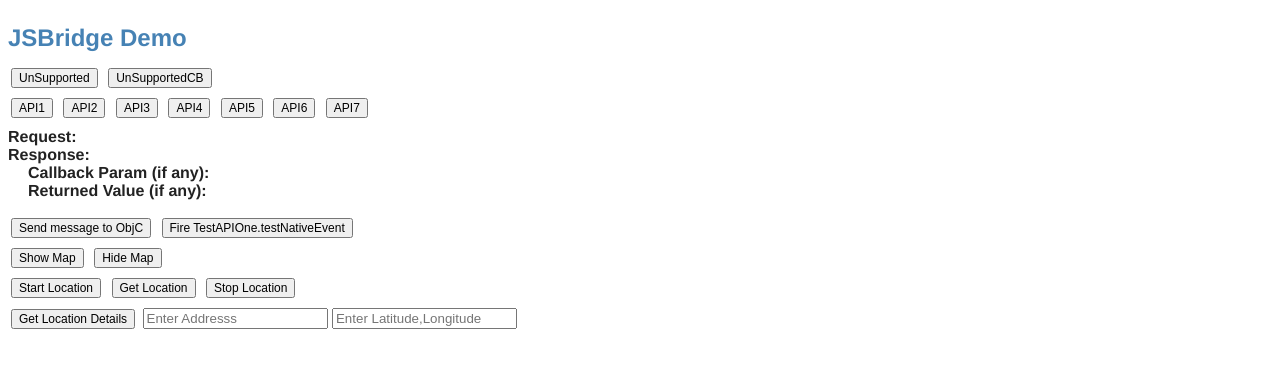
Repository: siva17/JSBridge
Page: Android/JSBridge/assets/index.html
The author's editor kept a copy of each file at every save. The page is drawn from the files as they stood at one save, then again after a run of saves.
The browser window is 1280 px wide. The pictures show the whole page.

Above is the page before, as saved 2015-01-20 00:58:16.

### Android/JSBridge/assets/index.html
<!doctype html>
<html>
<head>
	<style type='text/css'>
		html { font-family:Helvetica; color:#222; }
		h1 { color:steelblue; font-size:24px; margin-top:24px; }
		button { margin:0 3px 10px; font-size:12px; }
		.logLine { border-bottom:1px solid #ccc; padding:4px 2px; font-family:courier; font-size:11px; }
	</style>
</head>
<body>
    <h1>JSBridge Demo</h1>
    <script>
        window.onerror = function(err) {
            log('window.onerror: ' + err)
        }

        function connectJSBridge(callback) {
            if (window.JSBridge) {
                callback(JSBridge)
            } else {
                document.addEventListener('JSBridgeReady', function() {
                    callback(JSBridge)
                }, false)
            }
        }

        connectJSBridge(function(bridge) {
            var uniqueId = 1
            function log(message, data) {
                var log = document.getElementById('log')
                var el = document.createElement('div')
                el.className = 'logLine'
                el.innerHTML = uniqueId++ + '. ' + message + ':<br/>' + JSON.stringify(data)
                if (log.children.length) { log.insertBefore(el, log.children[0]) }
                else { log.appendChild(el) }
            }
            bridge.init(function(message, responseCallback) {
                log('JS got a message', message)
                var data = { 'Javascript Responds':'Wee!' }
                log('JS responding with', data)
                responseCallback(data)
            })

            bridge.registerEvent('testJavascriptHandler', function(data, responseCallback) {
                log('ObjC called testJavascriptHandler with', data)
                var responseData = { 'Javascript Says':'Right back atcha!' }
                log('JS responding with', responseData)
                responseCallback(responseData)
            })

            window.sendMessage = function() {
                var data = 'Hello from JS button';
                log('JS sending message', data);
                bridge.send(null, data, function(responseData) {
                    log('JS got response', responseData);
                });
            }
            window.sendEvent = function() {
                log('JS calling handler "TestAPIOne.testNativeEvent"');
                bridge.send('TestAPIOne.testNativeEvent', {'foo': 'bar'}, function(response) {
                    log('JS got response', response);
                });
            };
        });

        function testLogCallBack(c) {
            console.log("Callback Param: "+JSON.stringify(c));
            document.getElementById("responseID1").innerText = JSON.stringify(c);
        }
        function testUpdateRequest(str) {
            str = ((str)?(str):(""));
            console.log("Request: ",str);
            document.getElementById("requestID").innerText = str;
            document.getElementById("responseID1").innerText = "";
            document.getElementById("responseID2").innerText = "";
        }
        function testUpdateReturnValue(str) {
            str = ((str)?(str):(""));
            console.log("Returned Value: ",str);
            document.getElementById("responseID2").innerText = str;
        }
        function testUnSupported() {
            testUpdateRequest('JSBridge.callAPI("Hello.Unsupported")');
            testUpdateReturnValue(JSBridge.callAPI("Hello.Unsupported"));
        }
        function testUnSupportedCB() {
            testUpdateRequest('JSBridge.callAPI("Hello.UnsupportedCB")');
            testUpdateReturnValue(JSBridge.callAPI("Hello.UnsupportedCB",{"un":"un Value"},testLogCallBack));
        }
        function testOne() {
            testUpdateRequest('JSBridge.callAPI("TestAPIOne.APIOne")');
            testUpdateReturnValue(JSBridge.callAPI("TestAPIOne.APIOne"));
        }
        function testTwo() {
            testUpdateRequest('JSBridge.callAPI("TestAPIOne.APITwo",{"t1":"t1 Value"})');
            testUpdateReturnValue(JSBridge.callAPI("TestAPIOne.APITwo",{"t1":"t1 Value"}));
        }
        function testThree() {
            testUpdateRequest('JSBridge.callAPI("TestAPIOne.APIThree",{"t1":"t1 Value"})');
            testUpdateReturnValue(JSBridge.callAPI("TestAPIOne.APIThree",{"t1":"t1 Value"}));
        }
        function testFour() {
            testUpdateRequest('JSBridge.callAPI("TestAPIOne.APIFour",{"t1":"t1 Value"},testLogCallBack)');
            testUpdateReturnValue(JSBridge.callAPI("TestAPIOne.APIFour",{"t1":"t1 Value"},testLogCallBack));
        }
        function testFive() {
            testUpdateRequest('JSBridge.callAPI("TestAPIOne.APIFive",{"t1":"t1 Value"},testLogCallBack)');
            testUpdateReturnValue(JSBridge.callAPI("TestAPIOne.APIFive",{"t1":"t1 Value"},testLogCallBack));
        }
        function testSix() {
            testUpdateRequest('JSBridge.callAPI("TestAPIOne.APISix",{"t1":"t1 Value"},testLogCallBack)');
            testUpdateReturnValue(JSBridge.callAPI("TestAPIOne.APISix",{"t1":"t1 Value"},testLogCallBack));
        }
        function testSeven() {
            testUpdateRequest('JSBridge.callAPI("TestAPIOne.APISeven",{"t1":"t1 Value"},testLogCallBack)');
            testUpdateReturnValue(JSBridge.callAPI("TestAPIOne.APISeven",{"t1":"t1 Value"},testLogCallBack));
        }
    </script>
    <button type="button" class="btn btn-primary" onclick="testUnSupported()">UnSupported</button>
    <button type="button" class="btn btn-primary" onclick="testUnSupportedCB()">UnSupportedCB</button>
    <br>
    <button type="button" class="btn btn-primary" onclick="testOne()">API1</button>
    <button type="button" class="btn btn-primary" onclick="testTwo()">API2</button>
    <button type="button" class="btn btn-primary" onclick="testThree()">API3</button>
    <button type="button" class="btn btn-primary" onclick="testFour()">API4</button>
    <button type="button" class="btn btn-primary" onclick="testFive()">API5</button>
    <button type="button" class="btn btn-primary" onclick="testSix()">API6</button>
    <button type="button" class="btn btn-primary" onclick="testSeven()">API7</button>
    <div>
        <b>Request:</b><div id="requestID" style="margin-left:20px;"></div>
        <b>Response:</b><br>
        <b style="margin-left:20px;">Callback Param (if any): </b><div id="responseID1" style="margin-left:40px;"></div>
        <b style="margin-left:20px;">Returned Value (if any): </b><div id="responseID2" style="margin-left:40px;"></div>
    </div>
    <br>
    <button type="button" class="btn btn-primary" onclick="sendMessage()">Send message to ObjC</button>
    <button type="button" class="btn btn-primary" onclick="sendEvent()">Fire TestAPIOne.testNativeEvent</button>
    <br>
    <button type="button" class="btn btn-primary" onclick="showMap()">Show Map</button>
    <button type="button" class="btn btn-primary" onclick="hideMap()">Hide Map</button>
    <br>
    <button type="button" class="btn btn-primary" onclick="startTrackingLocation()">Start Location</button>
    <button type="button" class="btn btn-primary" onclick="getCurrentLocation()">Get Location</button>
    <button type="button" class="btn btn-primary" onclick="stopTrackingLocation()">Stop Location</button>
    <br>
    <button type="button" class="btn btn-primary" onclick="getLocationDetails()">Get Location Details</button>
    <input type="text" id="addressID" placeholder="Enter Addresss"/>
    <input type="text" id="locationID" placeholder="Enter Latitude,Longitude"/>
    <br>
    <div id='log'></div>
</body></html>

After the next 2 saves:
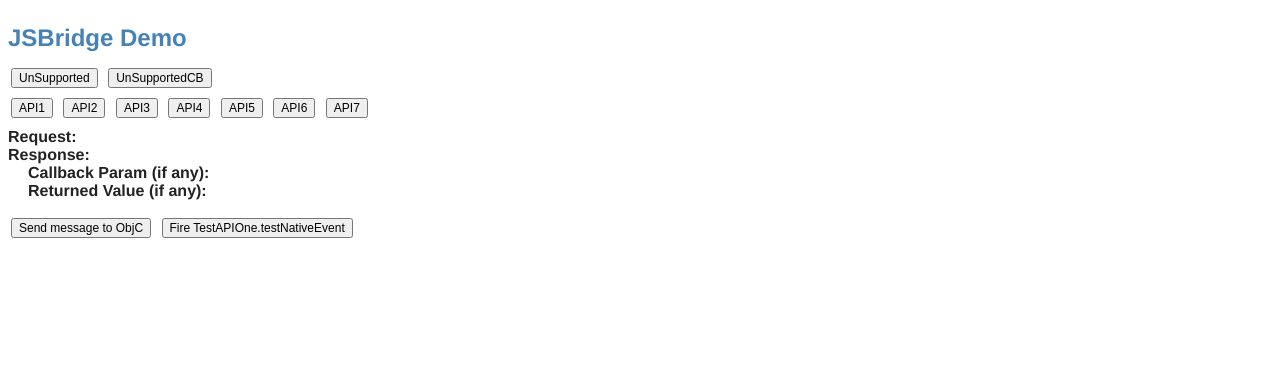
The 2 saves are shown as one change because they came seconds apart.
The last was saved 32 s later.
--- a/Android/JSBridge/assets/index.html
+++ b/Android/JSBridge/assets/index.html
@@ -137,16 +137,5 @@
     <button type="button" class="btn btn-primary" onclick="sendMessage()">Send message to ObjC</button>
     <button type="button" class="btn btn-primary" onclick="sendEvent()">Fire TestAPIOne.testNativeEvent</button>
     <br>
-    <button type="button" class="btn btn-primary" onclick="showMap()">Show Map</button>
-    <button type="button" class="btn btn-primary" onclick="hideMap()">Hide Map</button>
-    <br>
-    <button type="button" class="btn btn-primary" onclick="startTrackingLocation()">Start Location</button>
-    <button type="button" class="btn btn-primary" onclick="getCurrentLocation()">Get Location</button>
-    <button type="button" class="btn btn-primary" onclick="stopTrackingLocation()">Stop Location</button>
-    <br>
-    <button type="button" class="btn btn-primary" onclick="getLocationDetails()">Get Location Details</button>
-    <input type="text" id="addressID" placeholder="Enter Addresss"/>
-    <input type="text" id="locationID" placeholder="Enter Latitude,Longitude"/>
-    <br>
     <div id='log'></div>
 </body></html>
